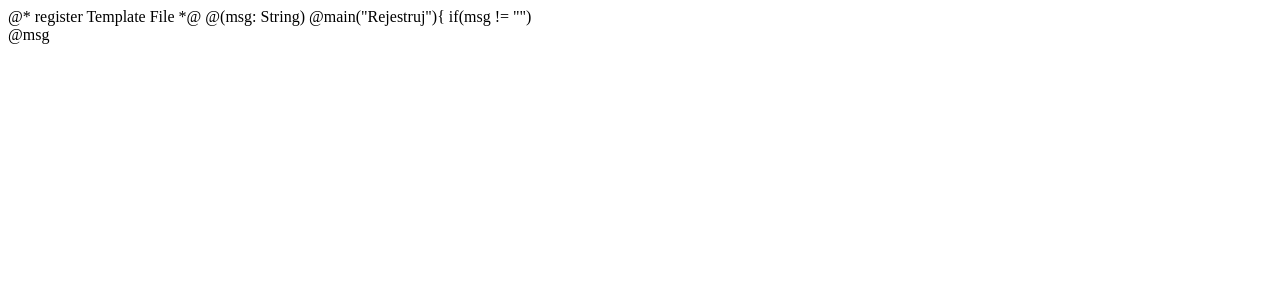
Repository: nokia-wroclaw/innovativeproject-surveys
Page: web-app/app/views/register.scala.html
These files come from the project's save history. The page is drawn as it stood at one moment and after the next save; the edit follows.
The browser window is 1280 px wide. The pictures show the whole page.

Above is the page before, as saved 2016-10-26 19:13:37.

### web-app/app/views/register.scala.html
@* register Template File *@
@(msg: String)
@main("Rejestruj"){
	if(msg != "")
	<div class="error">@msg</div>
	<form
}

After the next save:
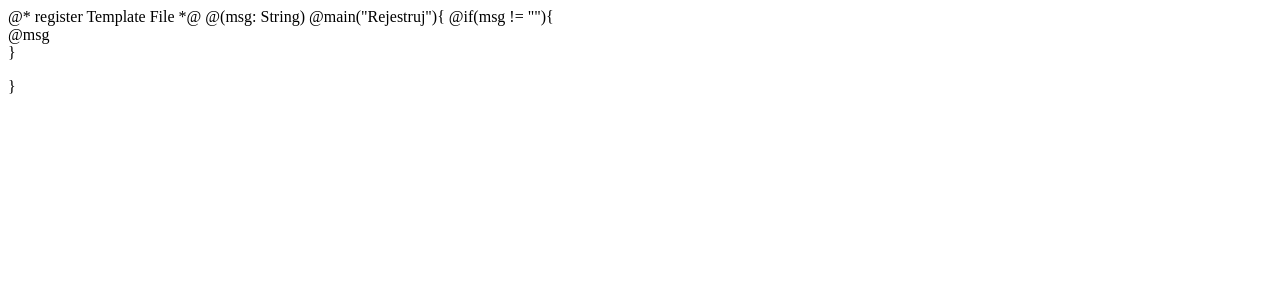
Saved 60 s later.
--- a/web-app/app/views/register.scala.html
+++ b/web-app/app/views/register.scala.html
@@ -1,7 +1,8 @@
 @* register Template File *@
 @(msg: String)
 @main("Rejestruj"){
-	if(msg != "")
-	<div class="error">@msg</div>
-	<form
+	@if(msg != ""){
+		<div class="error">@msg</div>
+	}
+	<form action=""></form>
 }
